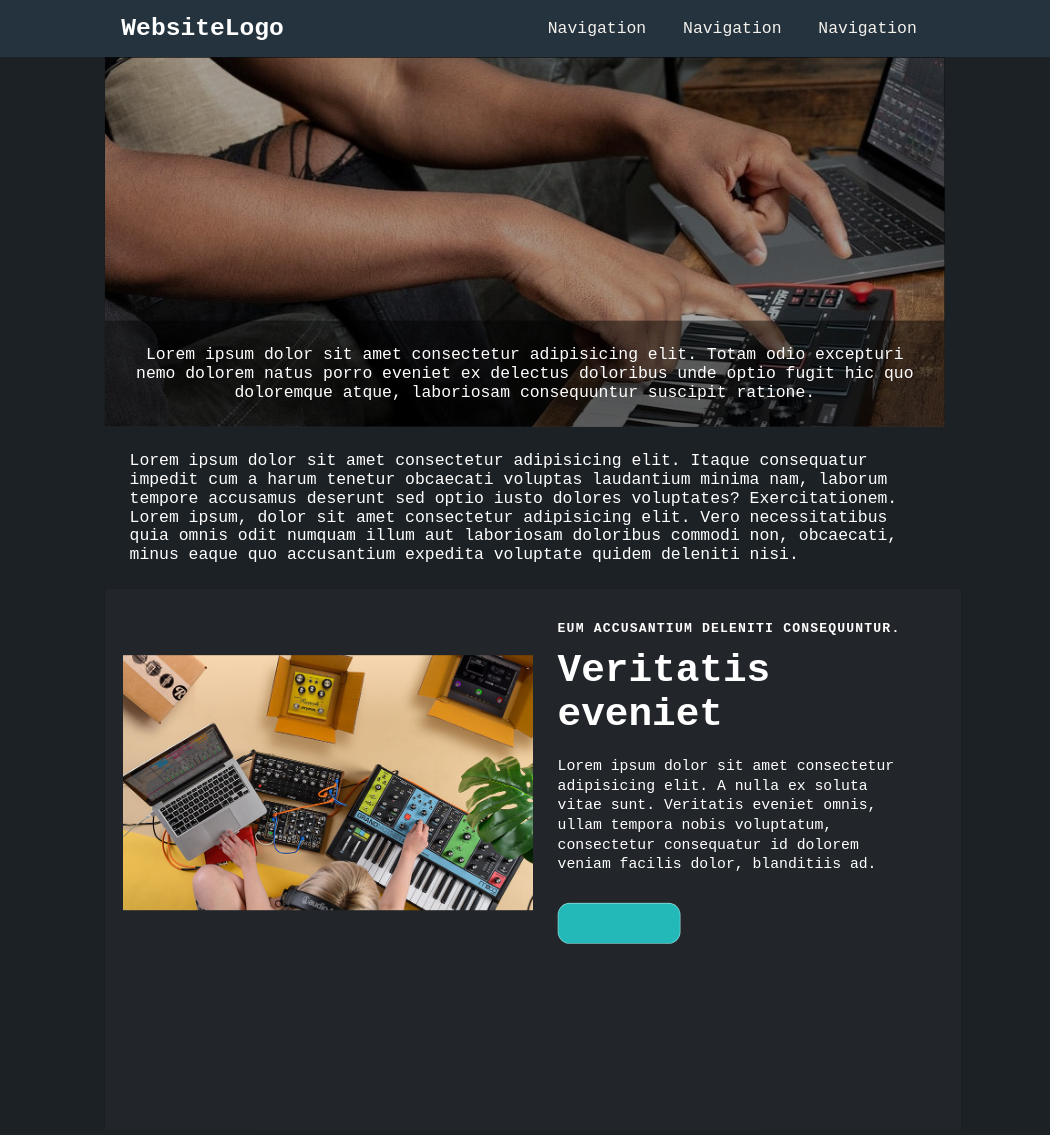
Repository: piotrokrutniak/Projekt-Studia
Page: index.html
An editor plug-in stored every save of this project. The page is shown before and after the next save, followed by the edit.
The browser window is 1280 px wide. The pictures show the whole page, at 82% of full size.
The first visible `.post-button` is being pressed.

Above is the page before, as saved 2023-03-04 15:42:37.

After the next save:
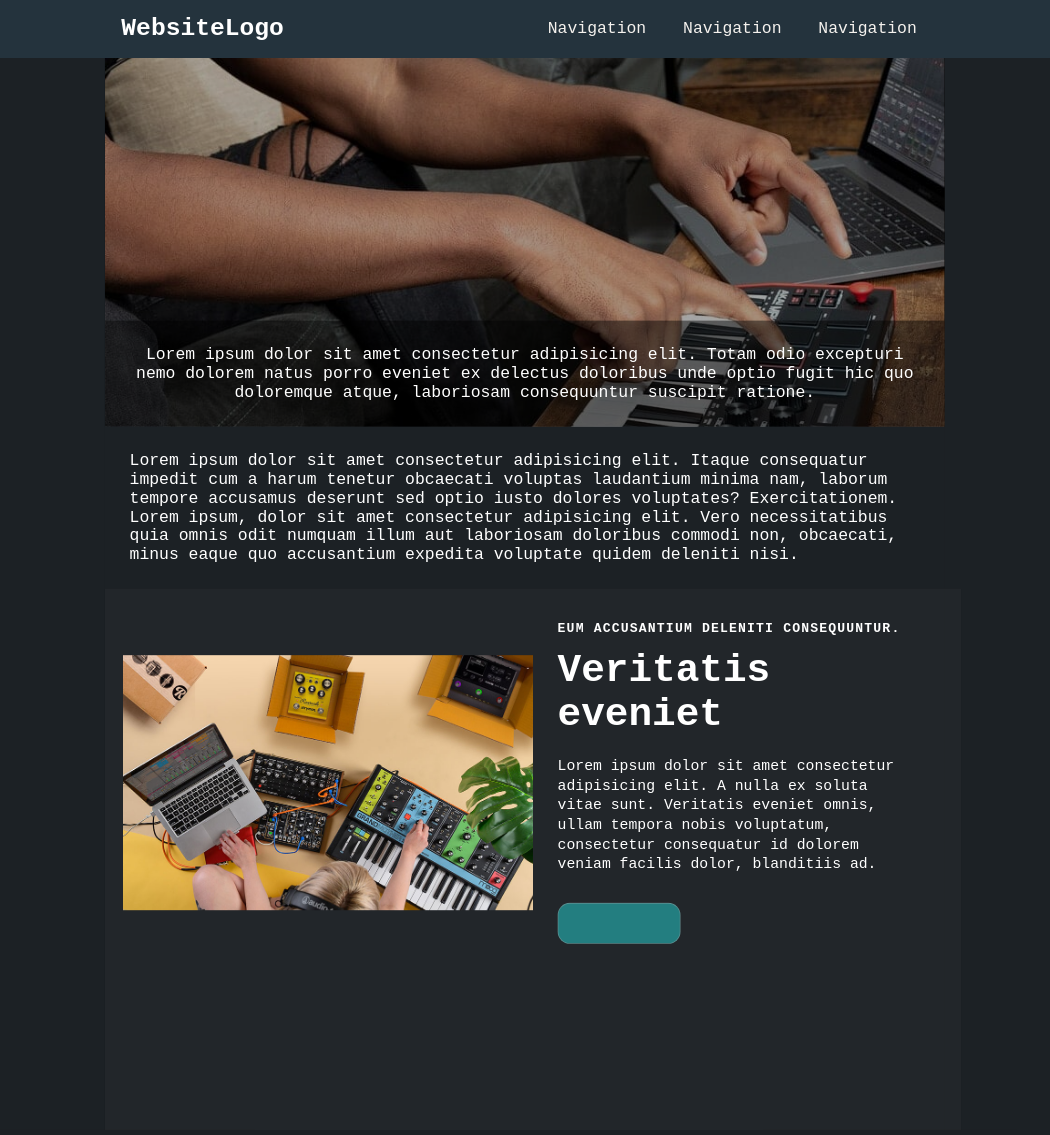
Saved 42 s later.
--- a/styles.css
+++ b/styles.css
@@ -321,3 +321,7 @@ a{
     border-radius: 15px;
     height: 50px;
 }
+
+.post-button:active{
+    opacity: 60%;
+}
